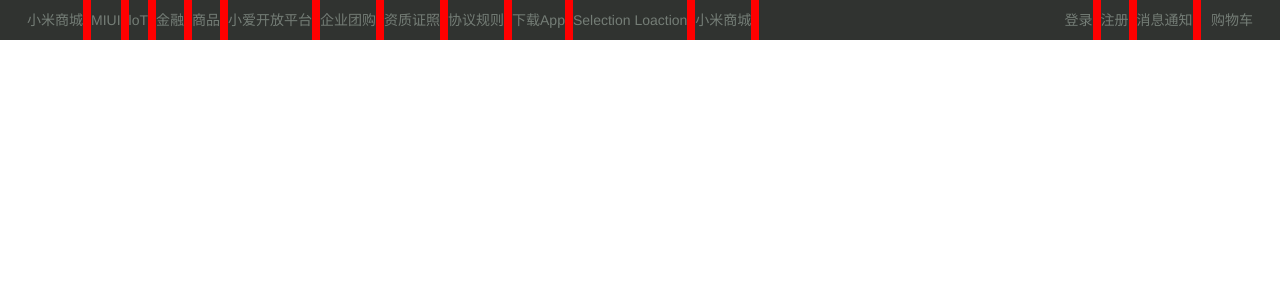
Repository: chenguocan/mi
Page: index.html
An editor plug-in stored every save of this project. The page is shown before and after a run of saves, followed by the edit.
The browser window is 1280 px wide. The pictures show the whole page.

Above is the page before, as saved 2020-10-13 09:46:27.

### index.html
<!DOCTYPE html>
<html lang="en">

<head>
    <meta charset="UTF-8">
    <title>小米商城 - 小米10 Pro、Redmi K30 Pro、小米MIX Alpha，小米电视官方网站</title>
    <meta name="viewport" content="width=1226">
    <link rel="stylesheet" href="./css/reset.css">
    <link rel="stylesheet" href="./css/index.css">
    <link rel="stylesheet" href="./css/base.css">
    <link rel="stylesheet" href="./font/css/all.min.css">
</head>

<body>
    <div class="topbar-wrapper">
        <div class="topbar w">
            <ul class="service">
                <li><a href="javascript:;">小米商城</a></li>
                <li class="line"></li>
                <li><a href="javascript:;">MIUI</a></li>
                <li class="line"></li>
                <li><a href="javascript:;">loT</a></li>
                <li class="line"></li>
                <li><a href="javascript:;">金融</a></li>
                <li class="line"></li>
                <li><a href="javascript:;">商品</a></li>
                <li class="line"></li>
                <li><a href="javascript:;">小爱开放平台</a></li>
                <li class="line"></li>
                <li><a href="javascript:;">企业团购</a></li>
                <li class="line"></li>
                <li><a href="javascript:;">资质证照</a></li>
                <li class="line"></li>
                <li><a href="javascript:;">协议规则</a></li>
                <li class="line"></li>
                <li><a href="javascript:;">下载App</a></li>
                <li class="line"></li>
                <li><a href="javascript:;">Selection Loaction</a></li>
                <li class="line"></li>
                <li><a href="javascript:;">小米商城</a></li>
                <li class="line"></li>
            </ul>
            <ul class="shop-cart">
                <li><i class="fa-adobe"></i><a href="javascript:;">购物车</a></li>
            </ul>
            <ul class="user">
                <li><a href="javascript:;">登录</a></li>
                <li class="line"></li>
                <li><a href="javascript:;">注册</a></li>
                <li class="line"></li>
                <li><a href="javascript:;">消息通知</a></li>
                <li class="line"></li>
            </ul>
        </div>
    </div>
</body>

</html>

### css/reset.css
/* v2.0 | 20110126
  http://meyerweb.com/eric/tools/css/reset/
  License: none (public domain)
*/
html, body, div, span, applet, object, iframe,
h1, h2, h3, h4, h5, h6, p, blockquote, pre,
a, abbr, acronym, address, big, cite, code,
del, dfn, em, img, ins, kbd, q, s, samp,
small, strike, strong, sub, sup, tt, var,
b, u, i, center,
dl, dt, dd, ol, ul, li,
fieldset, form, label, legend,
table, caption, tbody, tfoot, thead, tr, th, td,
article, aside, canvas, details, embed,
figure, figcaption, footer, header, hgroup,
menu, nav, output, ruby, section, summary,
time, mark, audio, video {
    margin: 0;
    padding: 0;
    border: 0;
    font-size: 100%;
    font: inherit;
    vertical-align: baseline;
}
/* HTML5 display-role reset for older browsers */
article, aside, details, figcaption, figure,
footer, header, hgroup, menu, nav, section {
    display: block;
}
body {
    line-height: 1;
}
ol, ul {
    list-style: none;
}
blockquote, q {
    quotes: none;
}
blockquote:before, blockquote:after,
q:before, q:after {
    content: '';
    content: none;
}
table {
    border-collapse: collapse;
    border-spacing: 0;
}

### css/index.css
*{
    box-sizing: border-box;
}
.topbar-wrapper{
    background:rgb(48, 51, 48);
    height: 40px;
    width: 100%;
}
.topbar .service{
    float: left;
}
.topbar .user,.topbar .shop-cart{
    float: right;
}
.topbar ul li{
    line-height: 40px;
    float: left;
}
.topbar ul li a{
    color:rgb(116, 125, 118);
}
.line{
    height: 40px;
    border:4px solid red;
}

### css/base.css

.clearfix::before,
.clearfix::after{
    content: '';
    display: table;
    clear: both;
}

body{
    color: rgb(51,51,51);
    font: 14px/1.5 "Helvetica Neue", Helvetica, Arial, "Microsoft Yahei", "Hiragino Sans GB", "Heiti SC", "WenQuanYi Micro Hei", sans-serif;
    min-width: 1226px;
}
a{
    text-decoration: none;
    color:#333;
}
.w{
    width: 1226px;
    margin-left:auto;
    margin-right: auto;
}

Loaded but not shown: font/css/all.min.css (library)

After the next 2 saves:
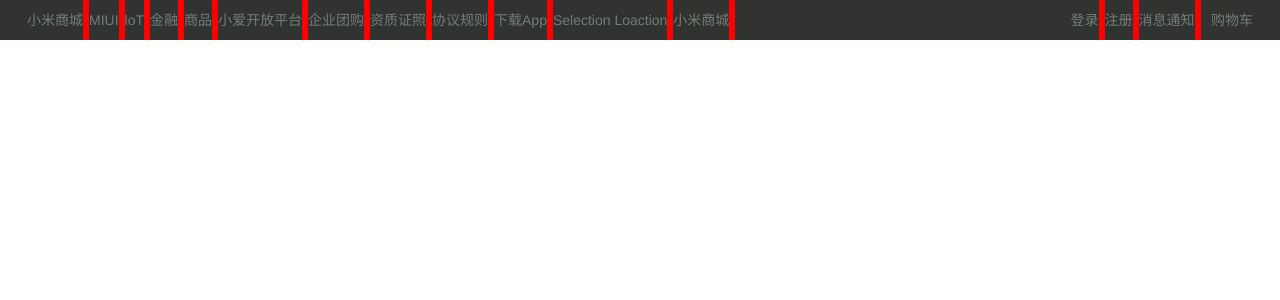
The 2 saves are shown as one change because they came seconds apart.
The last was saved 7 s later.
--- a/css/index.css
+++ b/css/index.css
@@ -21,5 +21,5 @@
 }
 .line{
     height: 40px;
-    border:4px solid red;
+    border:3px solid red;
 }
